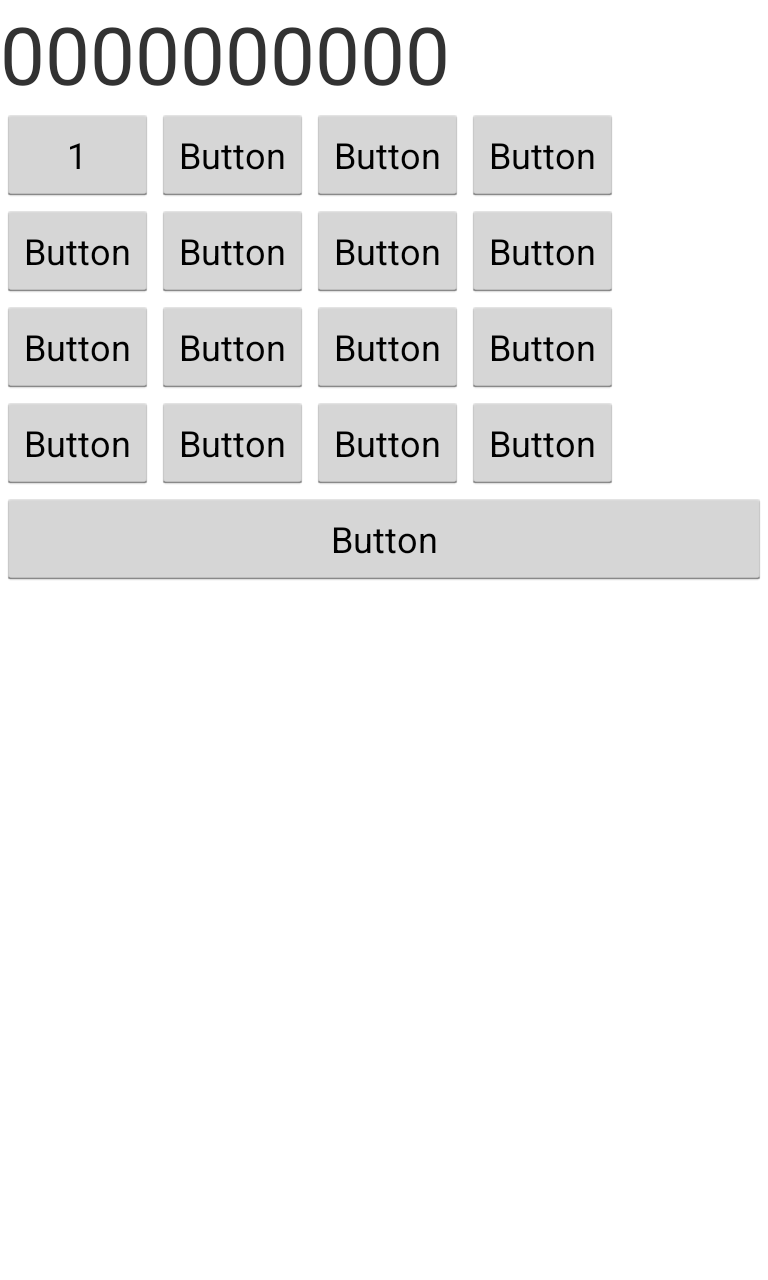
Repository: sfranco/Android
Layout: Calculadora/res/layout/activity_main.xml
An editor plug-in stored every save of this project. The layout is shown before and after the next save, followed by the edit.
It is drawn on a 768 x 1280 px phone screen (xhdpi) without system bars, with theme AppTheme; the app's code is not run.

Above is the layout before, as saved 2013-08-22 17:18:39.

After the next save:
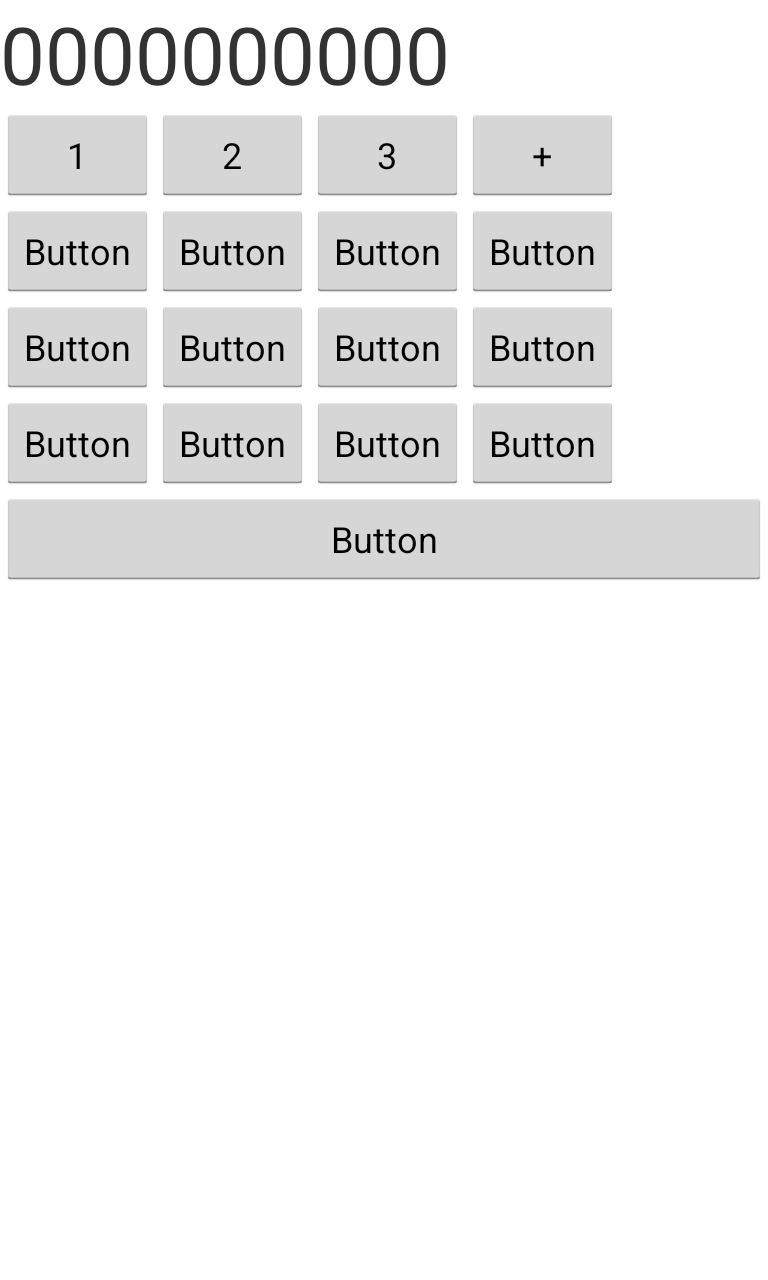
Saved 47 s later.
--- a/Calculadora/res/layout/activity_main.xml
+++ b/Calculadora/res/layout/activity_main.xml
@@ -28,22 +28,22 @@
                 android:text="1" />
 
             <Button
-                android:id="@+id/button2"
+                android:id="@+id/num2"
                 android:layout_width="wrap_content"
                 android:layout_height="wrap_content"
-                android:text="Button" />
+                android:text="2" />
 
             <Button
-                android:id="@+id/button3"
+                android:id="@+id/num3"
                 android:layout_width="wrap_content"
                 android:layout_height="wrap_content"
-                android:text="Button" />
+                android:text="3" />
 
             <Button
-                android:id="@+id/button4"
+                android:id="@+id/mas"
                 android:layout_width="wrap_content"
                 android:layout_height="wrap_content"
-                android:text="Button" />
+                android:text="+" />
 
         </TableRow>
 
